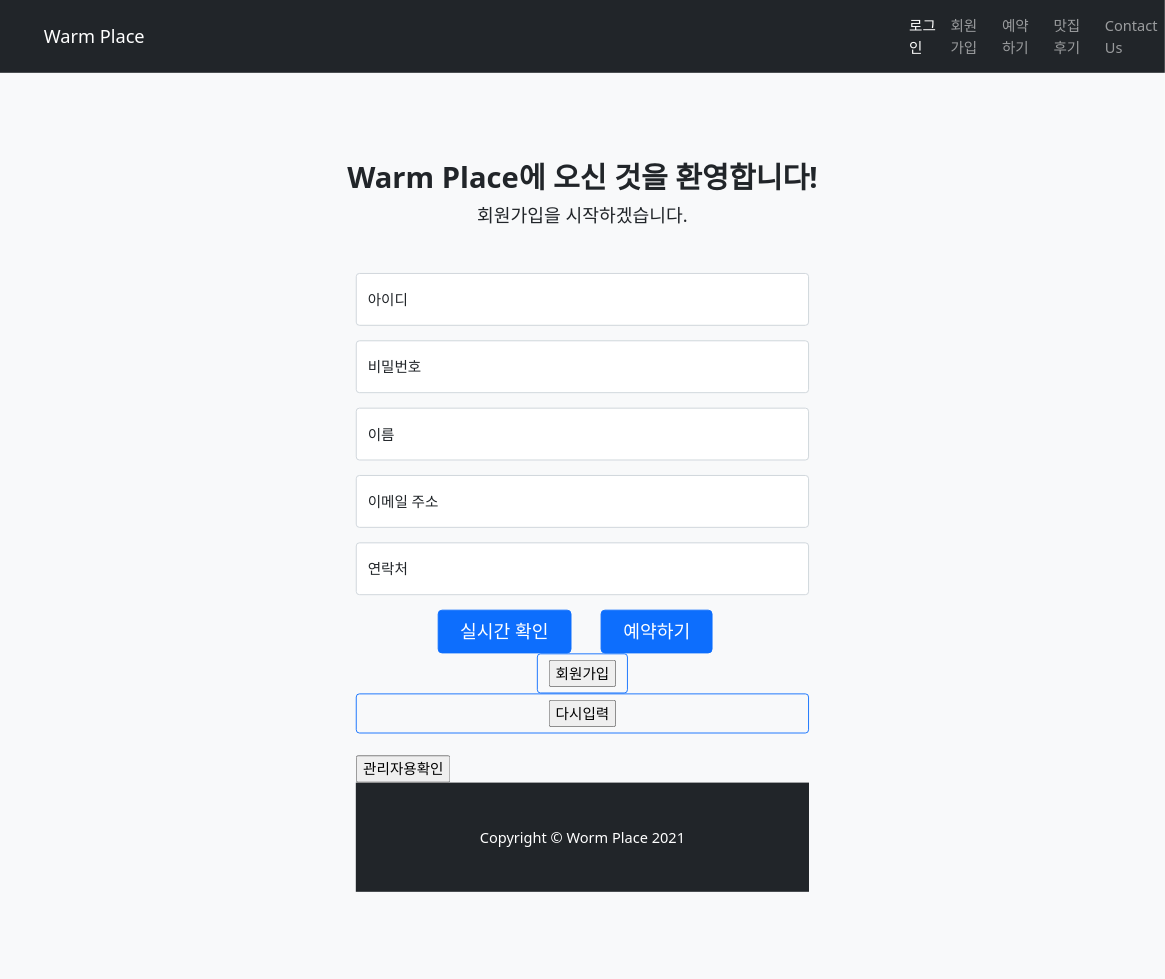
Repository: jaunnnngs/HackaTone
Page: http://localhost/StunProjects/St_Join/st_userJoin.jsp
An editor plug-in stored every save of this project. The page is shown before and after the next save, followed by the edit.
The browser window is 1280 px wide. The pictures show the whole page, at 91% of full size.
Some web libraries are served in a nearby version. The page is served by Tomcat 9.

Above is the page before, as saved 2021-07-25 04:01:57.

After the next save:
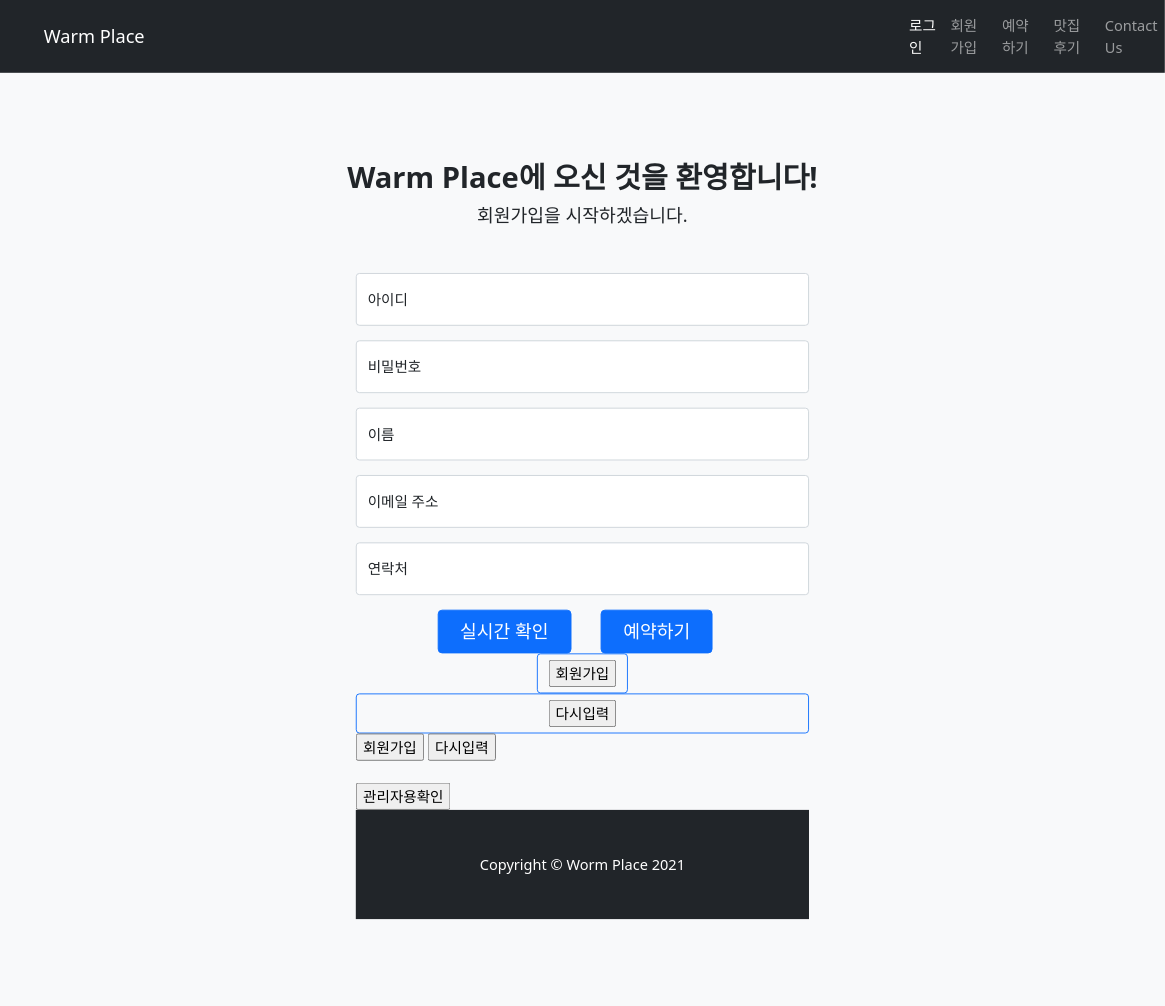
Saved 7 s later.
--- a/STUN_TEAM/StunProjects/src/main/webapp/St_Join/st_userJoin.jsp
+++ b/STUN_TEAM/StunProjects/src/main/webapp/St_Join/st_userJoin.jsp
@@ -114,6 +114,12 @@
 								<input id="submitButton" type="submit" value="회원가입"></a></div>
 							<div class="d-grid"><a class="btn btn-outline-primary" id="submitButton" type="submit">
 								<input type="reset" value="다시입력"></a></div>
+								<tr>
+			<td colspan="2" style="text-align:center;">
+			    <input type="submit" onclick="test()" value="회원가입">
+				<input type="reset" value="다시입력">
+			</td>
+		</tr>
 		</form>
 
 

After the save that followed:
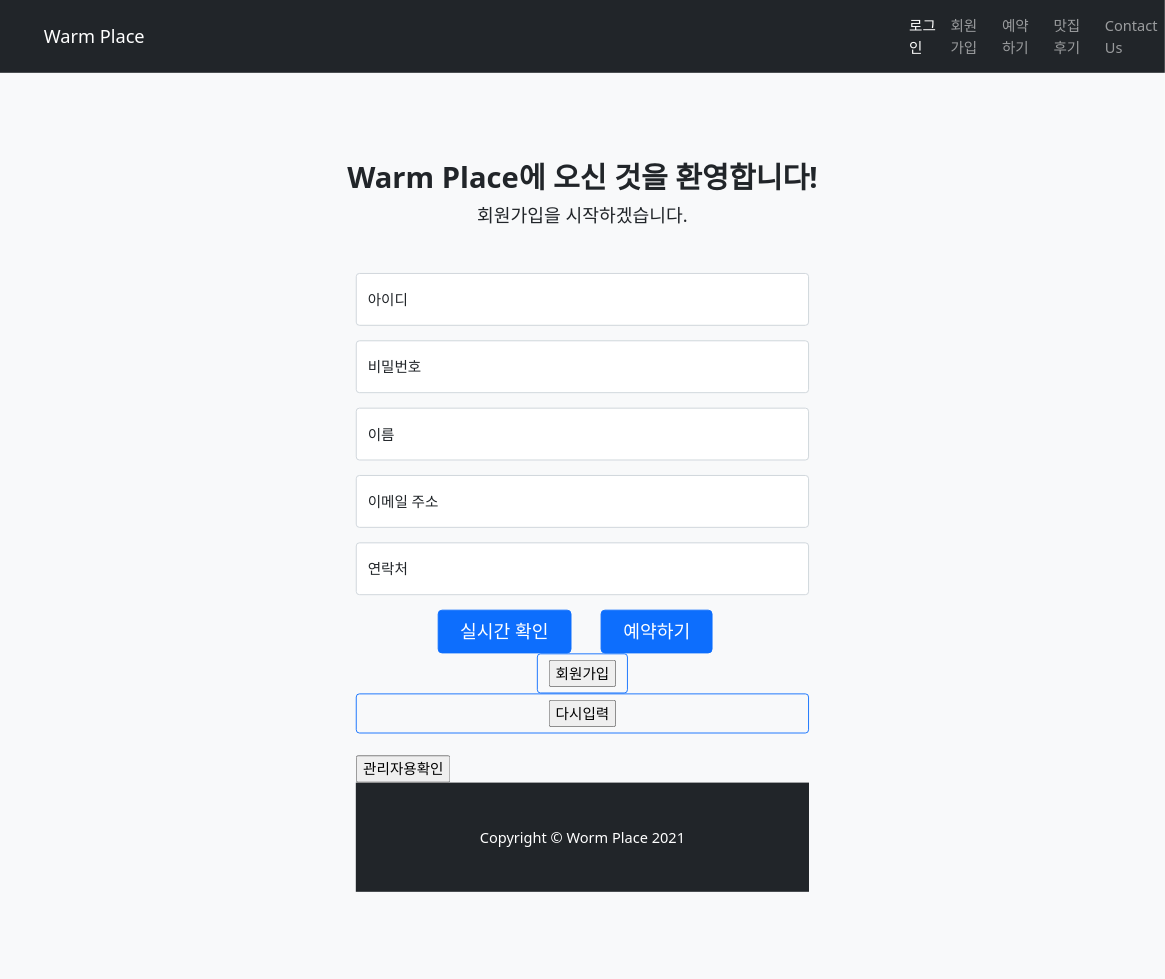
Saved 12 min 0 s later.
--- a/STUN_TEAM/StunProjects/src/main/webapp/St_Join/st_userJoin.jsp
+++ b/STUN_TEAM/StunProjects/src/main/webapp/St_Join/st_userJoin.jsp
@@ -114,12 +114,7 @@
 								<input id="submitButton" type="submit" value="회원가입"></a></div>
 							<div class="d-grid"><a class="btn btn-outline-primary" id="submitButton" type="submit">
 								<input type="reset" value="다시입력"></a></div>
-								<tr>
-			<td colspan="2" style="text-align:center;">
-			    <input type="submit" onclick="test()" value="회원가입">
-				<input type="reset" value="다시입력">
-			</td>
-		</tr>
+
 		</form>
 
 
